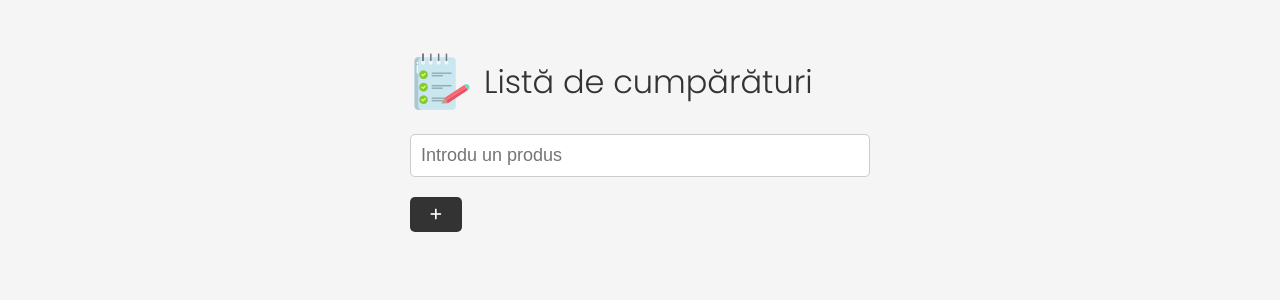
Repository: klaus0005/shopping-list
Page: index.html
An editor plug-in stored every save of this project. The page is shown before and after the next save, followed by the edit.
The browser window is 1280 px wide. The pictures show the whole page.
Some web libraries are served in a nearby version.

Above is the page before, as saved 2024-06-27 00:08:40.

### index.html
<!DOCTYPE html>
<html lang="en">

  <head>
    <meta charset="UTF-8" />
    <meta http-equiv="X-UA-Compatible" content="IE=edge" />
    <meta name="viewport" content="width=device-width, initial-scale=1.0" />
    <link rel="stylesheet" href="https://cdnjs.cloudflare.com/ajax/libs/font-awesome/6.1.2/css/all.min.css"
      integrity="sha512-1sCRPdkRXhBV2PBLUdRb4tMg1w2YPf37qatUFeS7zlBy7jJI8Lf4VHwWfZZfpXtYSLy85pkm9GaYVYMfw5BC1A=="
      crossorigin="anonymous" referrerpolicy="no-referrer" />
    <link rel="stylesheet" href="style.css" />
    <title>Listă de cumpărături</title>
  </head>

  <body>
    <div class="container">
      <header>
        <img src="images/note.png" alt="" />
        <h1>Listă de cumpărături</h1>
      </header>
      <form id="item-form">
        <div class="form-control">
          <input type="text" class="form-input" id="item-input" name="item" placeholder="Introdu un produs" />
        </div>
        <div class="form-control">
          <button type="submit" class="btn">
            <i class="fa-solid fa-plus"></i>Adaugă
          </button>
        </div>
      </form>

      <div class="filter">
        <input type="text" class="form-input-filter" id="filter" placeholder="Filtrează produse" />
      </div>

      <ul id="item-list" class="items"></ul>

      <button id="clear" class="btn-clear">Șterge tot</button>
    </div>

    <script src="script.js"></script>
  </body>

</html>

### style.css
@import url('https://fonts.googleapis.com/css2?family=Poppins:wght@300;400;700&display=swap');
*,
*::before,
*::after {
  margin: 0;
  padding: 0;
  box-sizing: border-box;
}

body {
  font-family: 'Poppins', sans-serif;
  font-size: 16px;
  line-height: 1.5;
  color: #333;
  background-color: #f5f5f5;
}

header {
  display: flex;
  justify-content: flex-start;
  align-items: center;
  margin-bottom: 20px;
}

header h1 {
  font-weight: 300;
  margin-left: 10px;
}

.container {
  max-width: 500px;
  margin: 30px auto;
  padding: 20px;
}

.edit-mode {
  color: #ccc;
}

/* Form & Input */
.form-input {
  width: 100%;
  font-size: 18px;
  margin-bottom: 20px;
  padding: 10px;
  border: 1px solid #ccc;
  border-radius: 5px;
  outline: none;
}

.form-input-filter {
  margin-top: 20px;
  width: 100%;
  font-size: 18px;
  margin-bottom: 20px;
  padding: 10px;
  border: none;
  border-bottom: 1px solid #ccc;
  background: transparent;
  outline: none;
}

/* Buttons */
.btn {
  background-color: #333;
  color: #fff;
  border: none;
  border-radius: 5px;
  padding: 10px 20px;
  cursor: pointer;
}

.btn:hover {
  background-color: #444;
}

.btn-link {
  font-size: 16px;
  background-color: transparent;
  color: #333;
  border: none;
  padding: 0;
  cursor: pointer;
}

.btn-clear {
  margin-top: 20px;
  width: 100%;
  font-size: 16px;
  background-color: transparent;
  color: #333;
  border: 1px solid #ccc;
  border-radius: 5px;
  padding: 10px 20px;
  cursor: pointer;
}

.btn-clear:hover {
  background-color: #f1f1f1;
}

.text-red {
  color: red;
}

/* Items */

.items {
  margin-top: 20px;
  display: flex;
  flex-wrap: wrap;
}

.items li {
  display: flex;
  justify-content: space-between;
  width: 45%;
  border: 1px solid #ccc;
  border-radius: 5px;
  padding: 10px 15px;
  margin: 0 5px 20px;
  font-weight: 700;
  cursor: pointer;
}

@media (max-width: 500px) {
  .items li {
    width: 100%;
  }
}

### script.js
const itemForm = document.getElementById('item-form');
const itemInput = document.getElementById('item-input');
const itemList = document.getElementById('item-list');
const clearBtn = document.getElementById('clear');
const itemFilter = document.getElementById('filter');
const formBtn = itemForm.querySelector('button');
let isEditMode = false;

function displayItems() {
  const itemsFromStorage = getItemsFromStorage();
  itemsFromStorage.forEach((item) => addItemToDOM(item));
  checkUI();
}

function onAddItemSubmit(e) {
  e.preventDefault();
  const newItem = itemInput.value;

  //Validate input
  if (newItem === '') {
    alert('Vă rugăm adăugați un produs');
    return;
  }

  //Check for edit mode
  if (isEditMode) {
    const itemToEdit = itemList.querySelector('.edit-mode');

    removeItemFromStorage(itemToEdit.textContent);
    itemToEdit.classList.remove('.edit-mode');
    itemToEdit.remove();
    isEditMode = false;
  } else {
    if (checkIfItemExist(newItem)) {
      alert('Produsul există deja');
      return;
    }
  }

  //Create item to DOM element
  addItemToDOM(newItem);

  //Add item to local storage
  addItemToStorage(newItem);

  checkUI();

  itemInput.value = '';
}

function addItemToDOM(item) {
  //Create list item
  const li = document.createElement('li');
  li.appendChild(document.createTextNode(item));

  const button = createButton('remove-item btn-link text-red');
  li.appendChild(button);

  // Add li to the DOM
  itemList.appendChild(li);
}

function createButton(classes) {
  const button = document.createElement('button');
  button.className = classes;
  const icon = createIcon('fa-solid fa-xmark');
  button.appendChild(icon);
  return button;
}

function createIcon(classes) {
  const icon = document.createElement('i');
  icon.className = classes;
  return icon;
}

function addItemToStorage(item) {
  const itemsFromStorage = getItemsFromStorage();

  // Add new item to an array
  itemsFromStorage.push(item);

  //convert to JSON string and set to local storage
  localStorage.setItem('items', JSON.stringify(itemsFromStorage));
}

function getItemsFromStorage() {
  let itemsFromStorage;

  if (localStorage.getItem('items') === null) {
    itemsFromStorage = [];
  } else {
    itemsFromStorage = JSON.parse(localStorage.getItem('items'));
  }

  return itemsFromStorage;
}

function onClickItem(e) {
  if (e.target.parentElement.classList.contains('remove-item')) {
    removeItem(e.target.parentElement.parentElement);
  } else {
    setItemToEdit(e.target);
  }
}

function checkIfItemExist(item) {
  const itemsFromStorage = getItemsFromStorage();
  return itemsFromStorage.includes(item);
}

function setItemToEdit(item) {
  isEditMode = true;

  itemList
    .querySelectorAll('li')
    .forEach((i) => i.classList.remove('edit-mode'));

  item.classList.add('edit-mode');
  formBtn.innerHTML = '<i class="fa-solid fa-pen"></i>   Update Item';
  itemInput.value = item.textContent;
  formBtn.style.backgroundColor = '#228B22';
}

function removeItem(item) {
  if (confirm('Are you sure')) {
    //Remove item from DOM
    item.remove();

    //Remove item from storage
    removeItemFromStorage(item.textContent);

    checkUI();
  }
}

function removeItemFromStorage(item) {
  let itemsFromStorage = getItemsFromStorage();
  //Filter out item to be removed

  itemsFromStorage = itemsFromStorage.filter((i) => i !== item);

  //re-set to local storage
  localStorage.setItem('items', JSON.stringify(itemsFromStorage));
}

function clearItems() {
  while (itemList.firstChild) {
    itemList.removeChild(itemList.firstChild);
  }

  //Clear from localStorage
  localStorage.removeItem('items');
  checkUI();
}

function filterItems(e) {
  const items = itemList.querySelectorAll('li');
  const text = e.target.value.toLowerCase();
  items.forEach((item) => {
    const itemName = item.firstChild.textContent.toLowerCase();
    if (itemName.indexOf(text) != -1) {
      item.style.display = 'flex';
    } else {
      item.style.display = 'none';
    }
  });
}

function checkUI() {
  itemInput.value = '';

  const items = itemList.querySelectorAll('li');
  if (items.length === 0) {
    clearBtn.style.display = 'none';
    itemFilter.style.display = 'none';
  } else {
    clearBtn.style.display = 'block';
    itemFilter.style.display = 'block';
  }

  formBtn.innerHTML = '<i class="fa-solid fa-plus"><i> ';
  formBtn.style.backgroundColor = '#333';
  formBtn.style.fontFamily = 'sans-serif';

  isEditMode = false;
}

//Initialize app
function init() {
  // Event listeners
  itemForm.addEventListener('submit', onAddItemSubmit);
  itemList.addEventListener('click', onClickItem);
  clearBtn.addEventListener('click', clearItems);
  itemFilter.addEventListener('input', filterItems);
  document.addEventListener('DOMContentLoaded', displayItems);

  checkUI();
}
init();

After the next save:
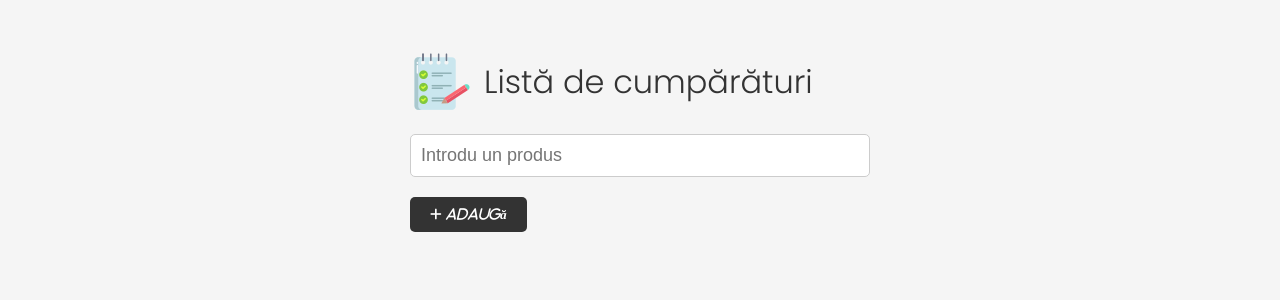
Saved 8 s later.
--- a/script.js
+++ b/script.js
@@ -179,7 +179,7 @@ function checkUI() {
     itemFilter.style.display = 'block';
   }
 
-  formBtn.innerHTML = '<i class="fa-solid fa-plus"><i> ';
+  formBtn.innerHTML = '<i class="fa-solid fa-plus"><i> Adaugă';
   formBtn.style.backgroundColor = '#333';
   formBtn.style.fontFamily = 'sans-serif';
 
